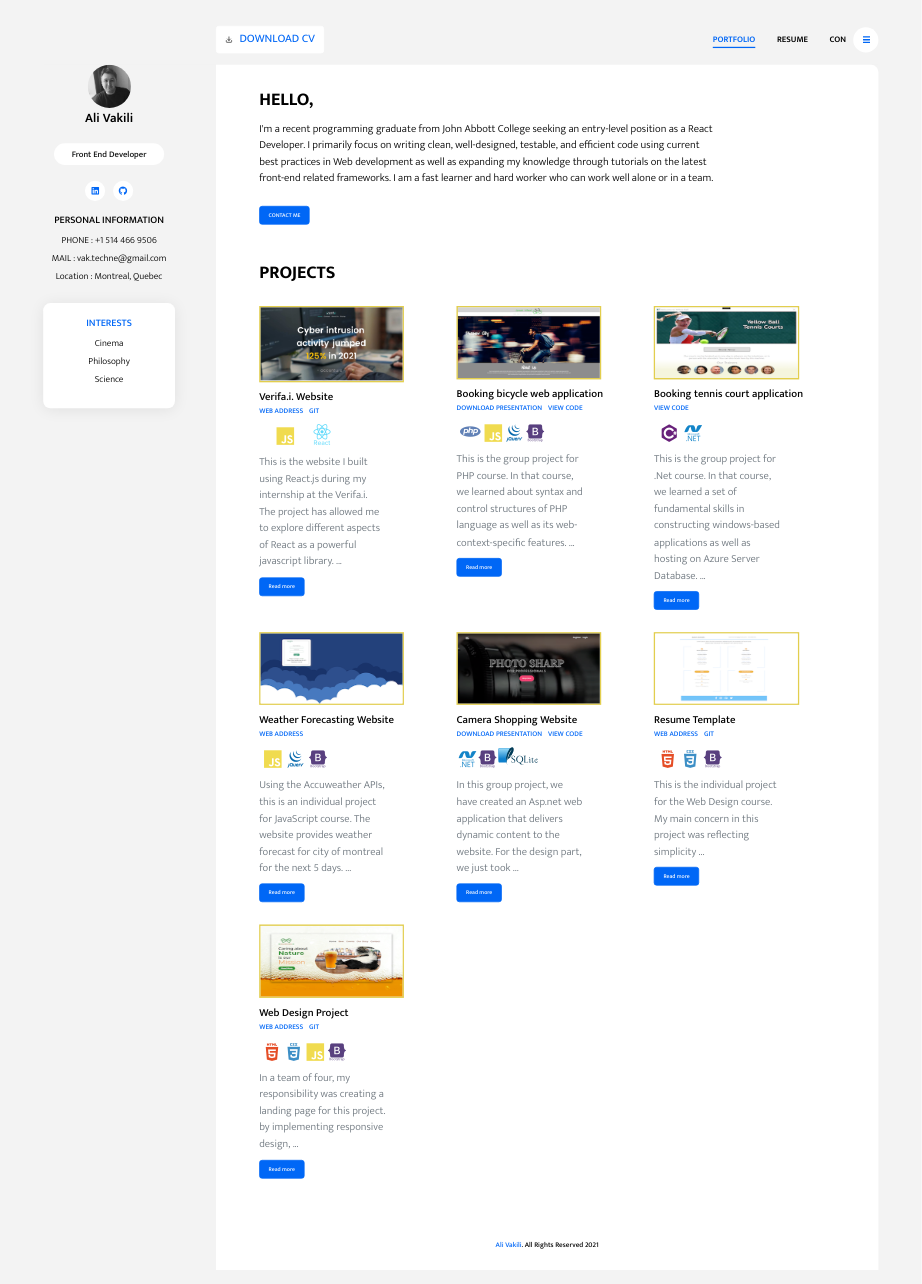
Repository: Ali-VB/portfolio_static
Page: index.html
An editor plug-in stored every save of this project. The page is shown before and after the next save, followed by the edit.
The browser window is 1280 px wide. The pictures show the whole page, at 72% of full size.
Some web libraries are served in a nearby version.

Above is the page before, as saved 2022-05-11 21:54:00.

After the next save:
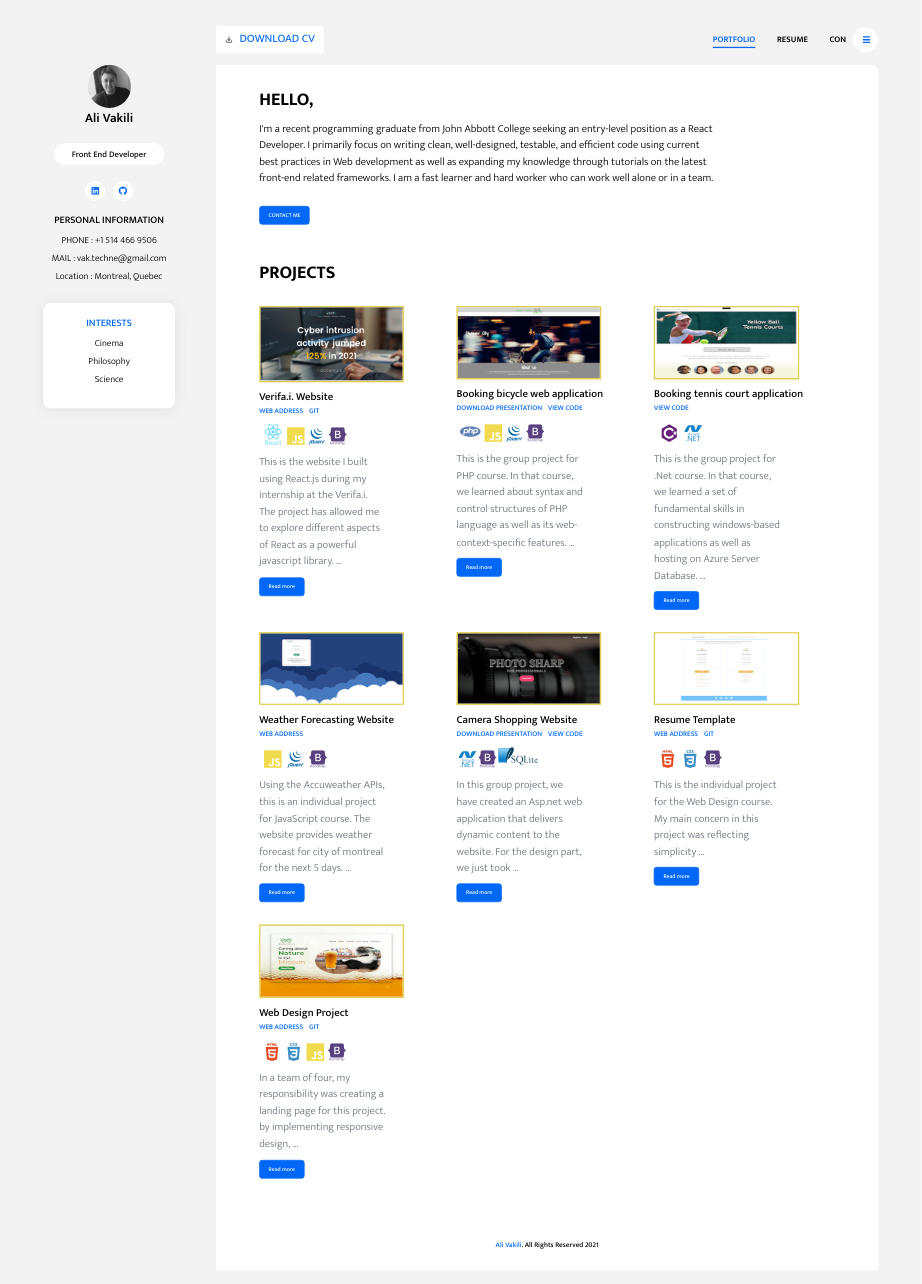
Saved 17 s later.
--- a/index.html
+++ b/index.html
@@ -119,11 +119,15 @@
                             <a href="#" target="_blank" class="post-comments">git</a>
                         </p>
                         <div style="display: flex; justify-content:space-evenly; width: 50%; margin-top: 10px;">
-                            <div class="client-logo"><i style="font-size: 25px;"
-                                class="devicon-javascript-plain colored "></i></div>
+
                             <div class="client-logo"><i style="font-size: 30px;" class="devicon-react-original-wordmark colored "></i>
                             </div>
-
+                            <div class="client-logo"><i style="font-size: 25px;"
+                                    class="devicon-javascript-plain colored "></i></div>
+                            <div class="client-logo"><i style="font-size: 25px;"
+                                    class="devicon-jquery-plain-wordmark colored "></i></div>
+                            <div class="client-logo"><i style="font-size: 25px;"
+                                    class="devicon-bootstrap-plain-wordmark colored "></i></div>
                         </div>
 
                         <p style="width: 70%;" class="font-weight-light mt-0 mb-0 text-muted">This is the website I
